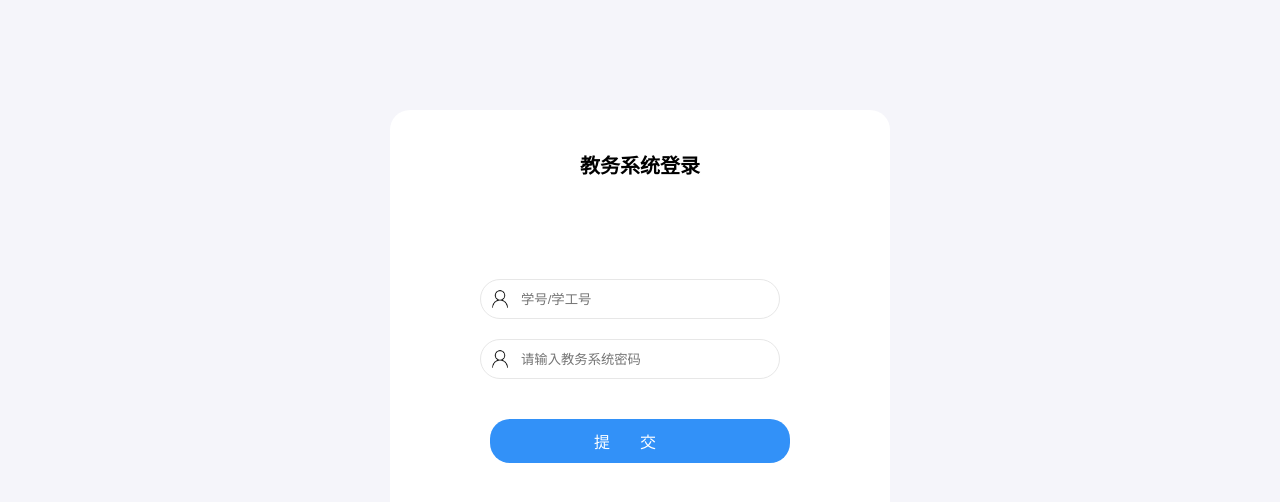
Repository: yangziteng/System
Page: / (app in myreact/)
These files come from the project's save history. The page is drawn as it stood at one moment and after the next save; the edit follows.
The browser window is 1280 px wide. The pictures show the whole page.
The project was rebuilt for these pictures with package versions that can differ from the ones it lists, and the page was loaded fresh each time. Also part of the build but not shown: myreact/vite.config.js, myreact/src/App.css, myreact/src/App.jsx, myreact/src/log.jsx.

Above is the page before, as saved 2022-07-08 12:58:55.

### myreact/src/main.jsx
import React from 'react'
import ReactDOM from 'react-dom/client'
import App from './App'
import LOG from './log'
import './index.css'
import Login from "./pages/Login/Login"
const p = {name:"杨",age:12}
ReactDOM.createRoot(document.getElementById('root')).render(
  <React.StrictMode>
    {/* //解构赋值 语法 */}

    <Login/>


  </React.StrictMode>
)

### myreact/src/pages/Login/Login.jsx
import { useState } from 'react'
import { Component } from 'react'
import "./Login.css"
import img from "./images/a.png" //引入图片
class Login extends Component {
    constructor() {
        super()
    }
    render() {
        return (
            <div className='bgc'>
                <div className='model'>
                    <div className='model-head'>教务系统登录</div>
                    <div className='model-body'>
                        <div className='username'>
                            <input type="text" placeholder='学号/学工号' value="" className='model-body-input' >
                            </input>
                                <img className='img' src={img} alt="" />
                        </div>
                        <div className='pwd'>
                            <input type="password" placeholder='请输入教务系统密码' value="" className='model-body-input' >
                            </input>
                                <img className='img' src={img} alt="" />
                        </div>
                    </div>
                    <div className='model-end'>
                        提交
                    </div>
                </div>
            </div>
        )
    }
}
export default Login

### myreact/src/pages/Login/Login.css

.bgc{
    background-color: rgba(245,245,250);
    width: 100vw;
    height: 100vh;
    display:flex;
    align-items: center;
}
.model{
    width: 500px;
    height: 500px;
    background-color: white;
    border-radius: 20px;
    margin:0 auto;
}
.model-head{
    text-align: center;
    margin-top:40px;
    font-size: 20px;
    font-weight: 800;
}
.model-body{

    margin-top:100px;

}
.username{
    display: flex;
    justify-content: center;
    align-items: center;
    position: relative;

}
.pwd{
    display: flex;
    justify-content: center;
    align-items: center;
    position: relative;
    margin-top:20px
}
.model-body-input{
    width: 300px;
    height: 40px;
    outline: none;
    border-radius: 20px;
    padding-left:40px ;
    box-sizing: border-box;
}
input{
    display: flex;
    justify-content: center;
    border:1px solid #e7e7e7
}
.img{
    width: 20px;
    height: 20px;
    position: relative;
    right: 290px;
    /* right:290px */
}
.model-end{
    width: 300px;
    background-color: rgba(50,145,248);
    letter-spacing: 30px;
    border-radius: 20px;
    padding: 10px 0px;
    text-align: center;
    color:white;
    margin:0 auto;
    margin-top:40px;

}

Loaded but not shown: myreact/index.html (common file); myreact/src/index.css (common file)

After the next save:
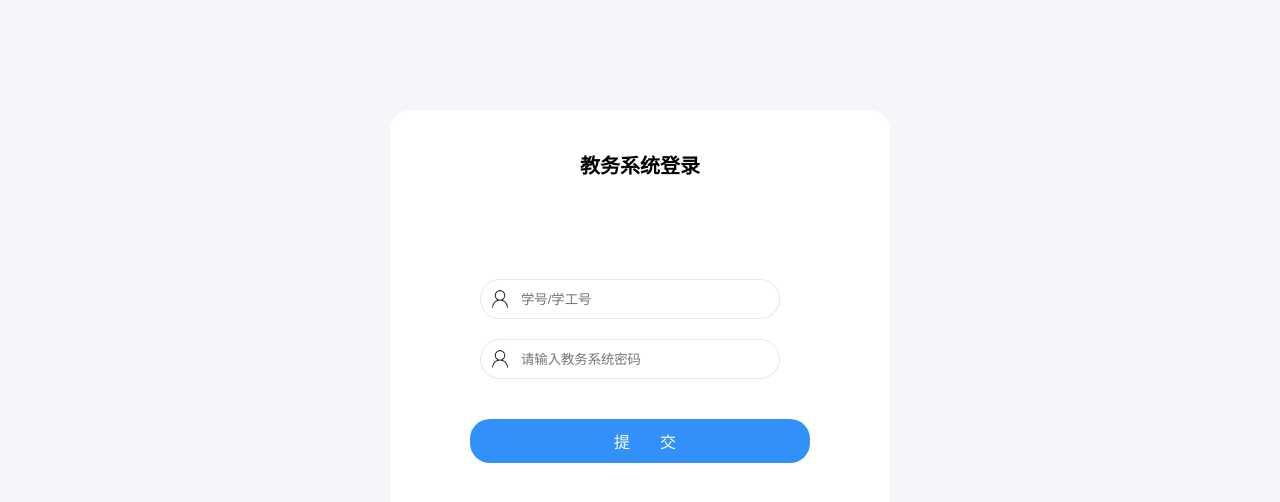
Saved 22 s later.
--- a/myreact/src/pages/Login/Login.css
+++ b/myreact/src/pages/Login/Login.css
@@ -68,5 +68,5 @@ input{
     color:white;
     margin:0 auto;
     margin-top:40px;
-
+    padding-left:40px ;
 }
